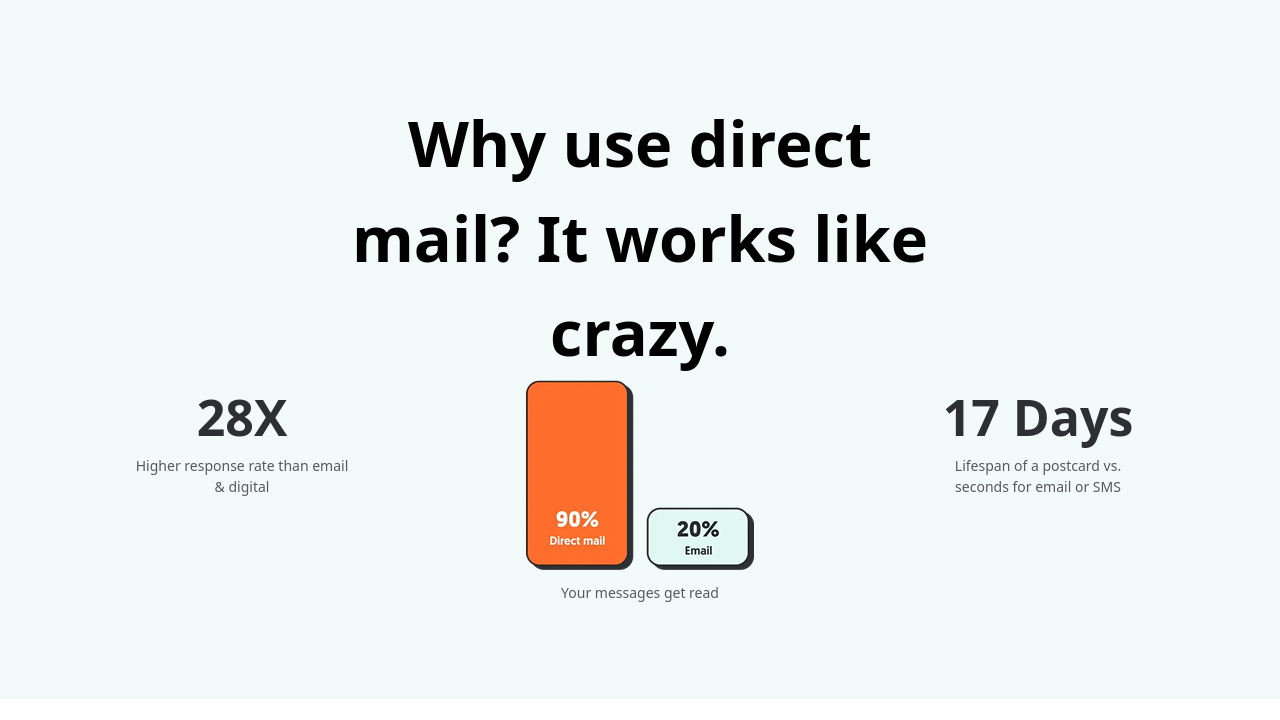
Repository: trusha97/postpilot
Page: mailsende.html
These files come from the project's save history. The page is drawn as it stood at one moment and after a run of saves; the edit follows.
The browser window is 1280 px wide. The pictures show the whole page.
Some web libraries are served in a nearby version.

Above is the page before, as saved 2025-05-21 15:06:50.

After the next 4 saves:
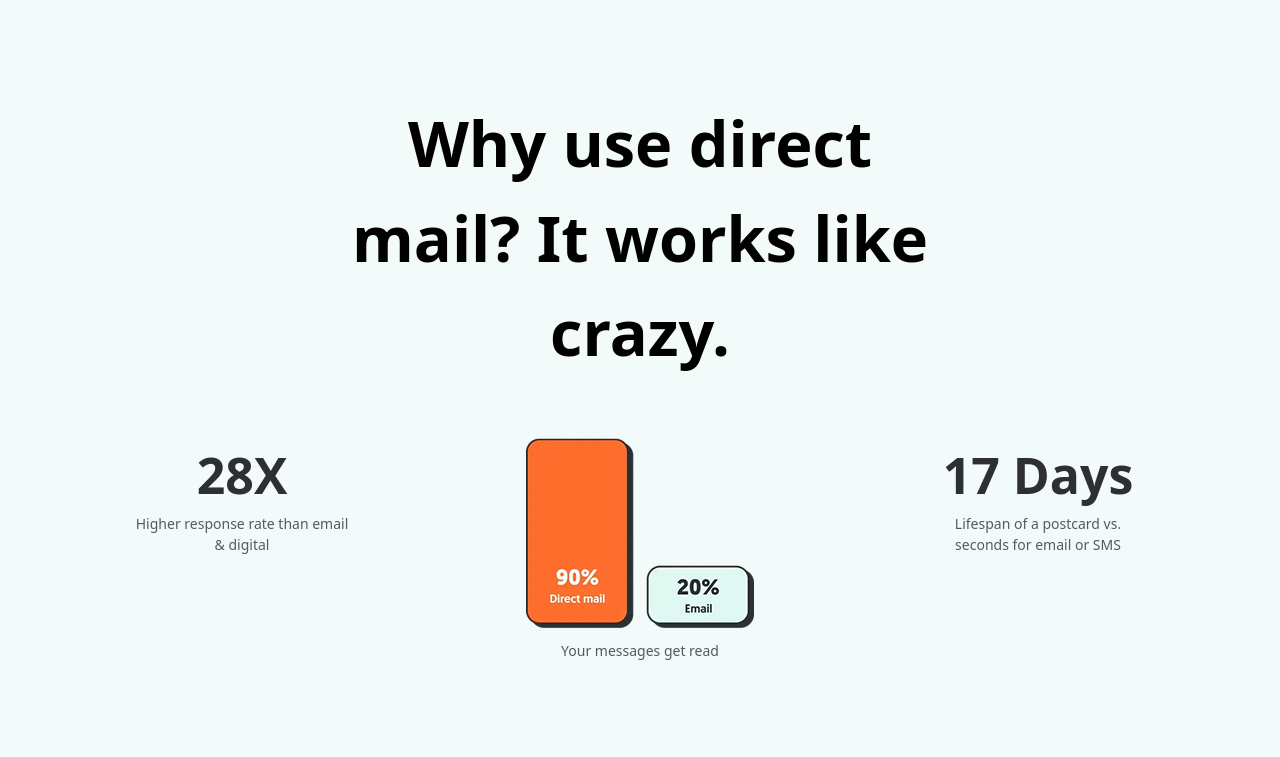
The 4 saves are shown as one change because they came seconds apart.
The last was saved 21 s later.
--- a/mailsende.html
+++ b/mailsende.html
@@ -15,7 +15,7 @@
             <p class="text-[63px] max-w-[615px] text-center mx-auto font-bold">Why use direct mail?
                 It <span>works</span> like crazy.</p>
         </div>
-        <div class="flex flex-wrap justify-center lg:gap-[170px] gap-[60px] mx-auto ">
+        <div class="flex flex-wrap justify-center lg:gap-[170px] gap-[60px] mx-auto mt-[58px] ">
             <div class="w-full sm:w-[45%] md:w-[30%] max-w-[228px] text-center">
                 <h2 class="text-[63px] font-bold text-[#2E2F35] md:text-[50px] sm:text-[30px]">28X</h2>
                 <p class="text-[14px] font-medium text-[#58595D]">
